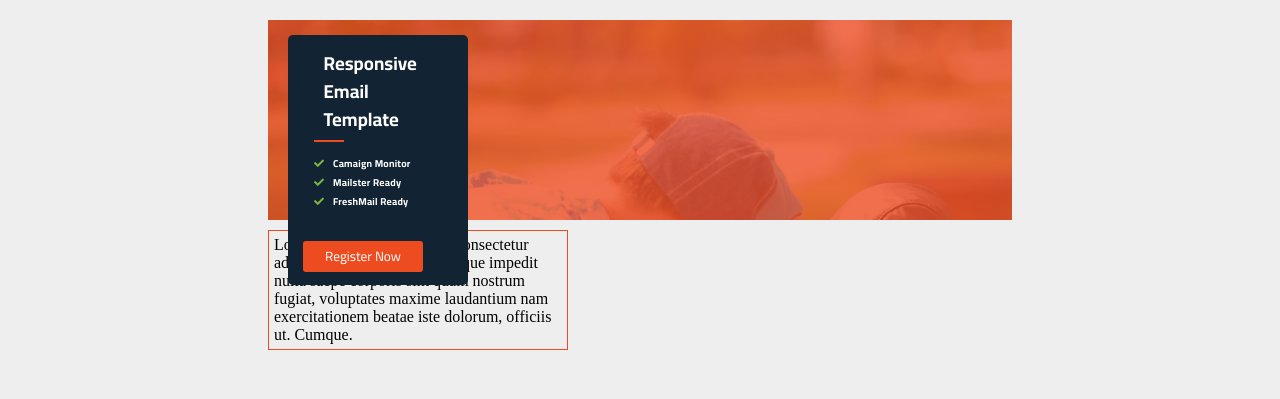
Repository: Z-ayat/Challenges
Page: Challenge 3/index.html
An editor plug-in stored every save of this project. The page is shown before and after the next save, followed by the edit.
The browser window is 1280 px wide. The pictures show the whole page.

Above is the page before, as saved 2021-09-04 01:22:43.

### Challenge 3/index.html
<!DOCTYPE html>
<html lang="en">

<head>
    <meta charset="UTF-8">
    <title>Responsive Mail</title>
    <link rel="stylesheet" href="styling/css/master.css">
    <link rel="stylesheet" href="styling/css/all.min.css">
    <link rel="preconnect" href="https://fonts.googleapis.com">
    <link rel="preconnect" href="https://fonts.gstatic.com" crossorigin>
    <link href="https://fonts.googleapis.com/css2?family=Cairo:wght@400;600;700;900&display=swap" rel="stylesheet">
</head>

<body>
    <div class="layout">
        <div class="header">
            <div class="pop">
                <h3>Responsive Email Template</h3>
                <div class="checked">
                    <p class="green-right">Camaign Monitor</p>
                    <p class="green-right">Mailster Ready</p>
                    <p class="green-right">FreshMail Ready</p>
                </div>
                <button class="reg">Register Now</button>
            </div>
        </div>
        <div class="nthere">
            <div class="bord">
                <p>Lorem ipsum dolor sit amet consectetur adipisicing elit. Aliquid ab eaque impedit nulla saepe corporis sint quam nostrum fugiat, voluptates maxime laudantium nam exercitationem beatae iste dolorum, officiis ut. Cumque.</p>
            </div>
        </div>
        <div class="cards">
            <div class="one"></div>
            <div class="two"></div>
            <div class="three"></div>
        </div>
        <div class="foot"><img src="" alt=""></div>
    </div>
</body>

</html>

### Challenge 3/styling/css/master.css
* {
    padding: 0;
    margin: 0;
    box-sizing: border-box;
}

:root {
    --maincolor: #122333;
    --secondrycolor: #ED4C21;
    --fontcolor: white;
    /* --anothercolor:; */
    --mainfont: 'Cairo', sans-serif;
    --cardsbgc: #F2F8FA;
}

h3 {
    width: 124px;
    font-family: var(--mainfont);
    color: var(--fontcolor);
}

.layout {
    padding: 20px;
    display: grid;
    gap: 10px;
    grid-template-rows: repeat(4, 1fr);
    grid-template-columns: 1fr 60% 1fr;
    height: 100vh;
}

div {
    background-color: #eee;
}

.header {
    position: relative;
    grid-column-start: 2;
    width: 100%;
    height: 200px;
    background: url(../img/images-24_1080x.jpg);
    background-repeat: no-repeat;
    background-size: cover;
}

.header::after {
    height: 100%;
    width: 100%;
    position: absolute;
    left: 0;
    top: 0;
    z-index: 0;
    background-color: var(--secondrycolor);
    content: "";
    opacity: 0.8;
}

.green-right {
    position: relative;
    margin-left: 30px;
    font-size: 10px;
    font-weight: bold;
    letter-spacing: 0.23px;
    color: var(--fontcolor);
    font-family: var(--mainfont);
}

.checked {
    margin-top: 20px;
    background-color: var(--maincolor);
}

.pop {
    position: absolute;
    left: 20px;
    top: 15px;
    padding-top: 5px;
    padding-left: 15px;
    border-radius: 5px;
    width: 180px;
    height: 250px;
    background-color: var(--maincolor);
    z-index: 2;
    -webkit-border-radius: 5px;
    -moz-border-radius: 5px;
    -ms-border-radius: 5px;
    -o-border-radius: 5px;
}

.pop h3 {
    line-height: 1.5;
    position: relative;
    margin: 10px auto;
}

.pop h3::after {
    position: absolute;
    content: "";
    height: 2px;
    width: 30px;
    bottom: -8px;
    left: -10px;
    background-color: var(--secondrycolor);
}

.green-right::before {
    position: absolute;
    top: 4px;
    display: block;
    left: -19px;
    float: left;
    color: #81B73E;
    font-family: "Font Awesome 5 Free";
    font-weight: 900;
    content: "\f00c";
}

.green-right::before {
    display: inline-block;
    font-style: normal;
    font-variant: normal;
    text-rendering: auto;
    -webkit-font-smoothing: antialiased;
}

.reg {
    padding: 3px;
    width: 120px;
    color: var(--fontcolor);
    background-color: var(--secondrycolor);
    outline: none;
    border: none;
    border-radius: 3px;
    margin: 30px 0 20px 0px;
    font-family: var(--mainfont);
    -webkit-border-radius: 3px;
    -moz-border-radius: 3px;
    -ms-border-radius: 3px;
    -o-border-radius: 3px;
}

.nthere {
    grid-column-start: 2;
    grid-row-start: 2;
    position: relative;
}

.bord {
    border: var(--secondrycolor) solid 1px;
    padding: 5px;
    width: 300px;
    position: absolute;
    top
}

Loaded but not shown: Challenge 3/styling/css/all.min.css (library)

After the next save:
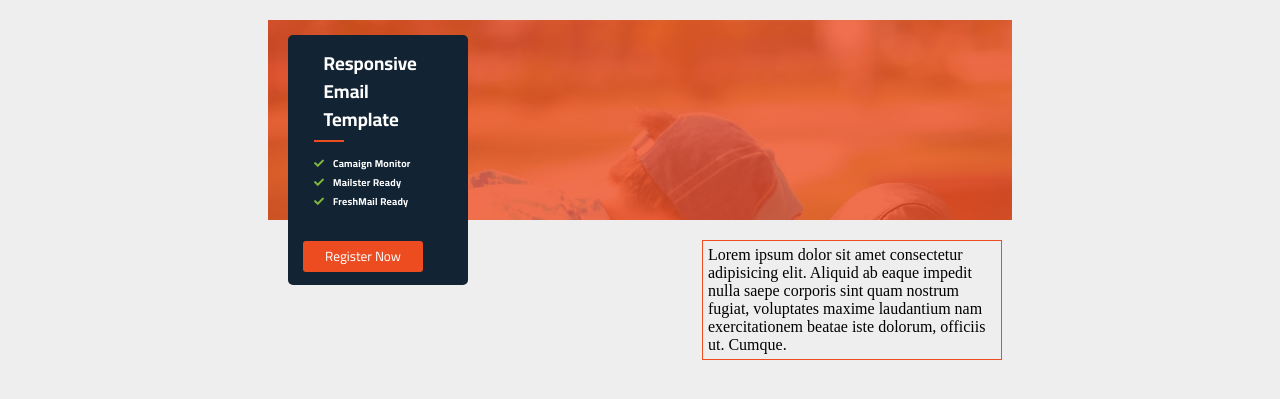
Saved 21 s later.
--- a/Challenge 3/styling/css/master.css
+++ b/Challenge 3/styling/css/master.css
@@ -149,5 +149,6 @@ div {
     padding: 5px;
     width: 300px;
     position: absolute;
-    top
+    top: 10px;
+    right: 10px;
 }
